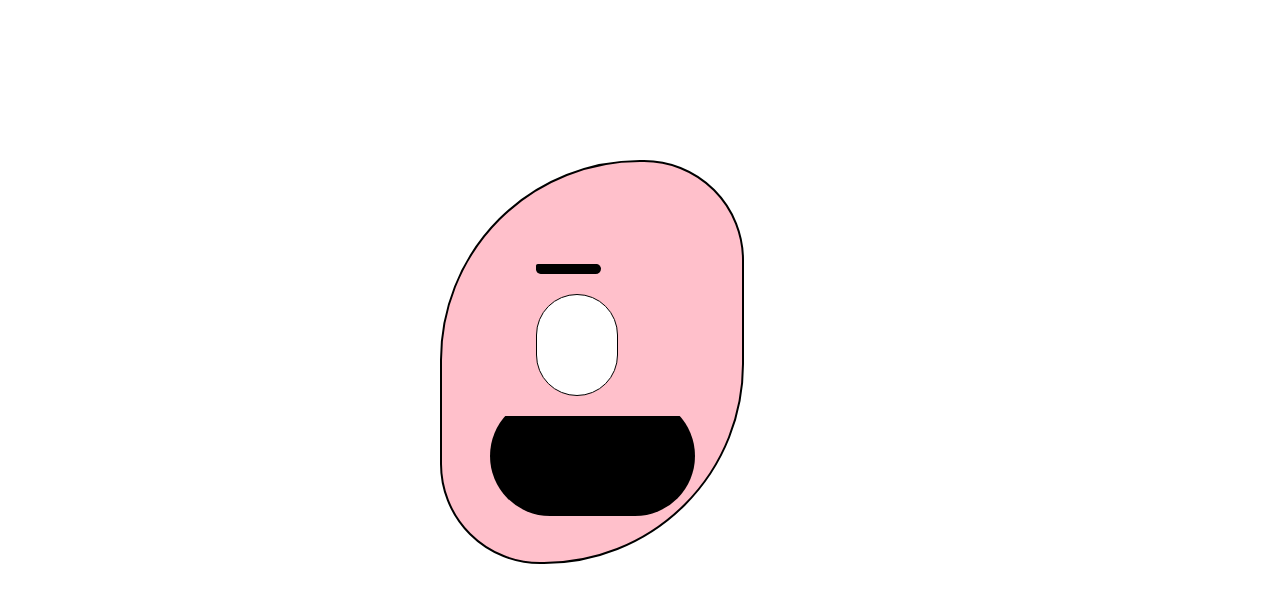
Repository: rodwestmoreland/1150
Page: cssCritter/index.html
The author's editor kept a copy of each file at every save. The page is drawn from the files as they stood at one save, then again after the next save.
The browser window is 1280 px wide. The pictures show the whole page.

Above is the page before, as saved 2021-01-25 20:11:06.

After the next save:
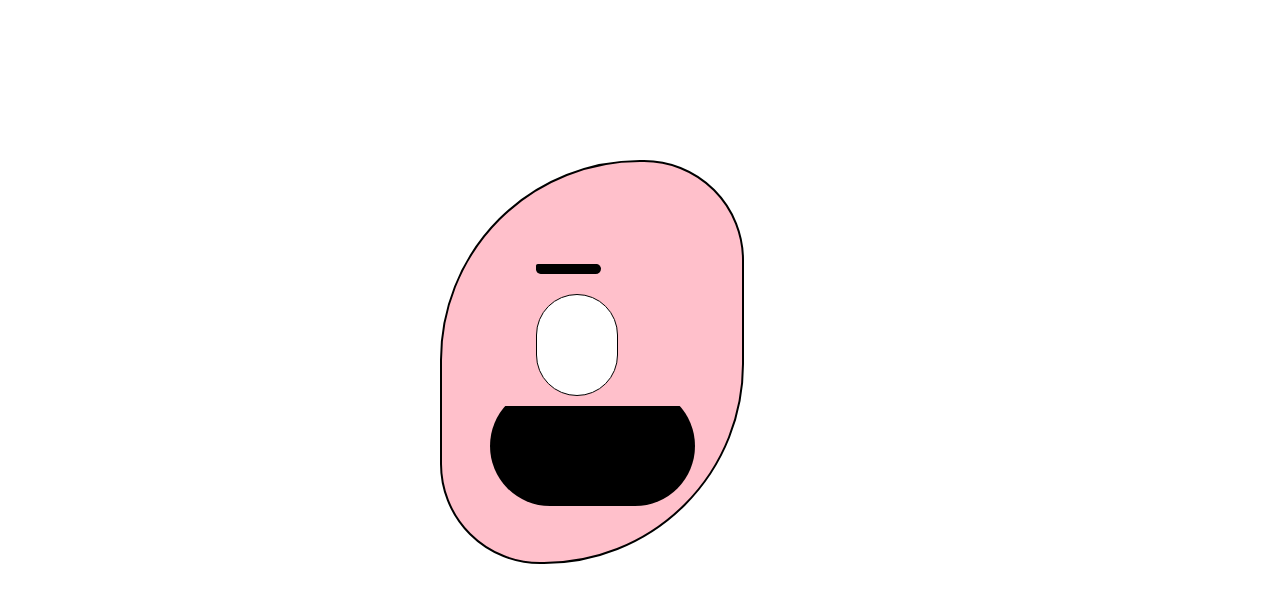
Saved 14 s later.
--- a/cssCritter/style.css
+++ b/cssCritter/style.css
@@ -45,6 +45,6 @@
     border-radius: 100px;
     height: 20px;
     width: 205px;
-    margin: 0px auto 0;
+    margin: -10px auto 0;
 
  }
